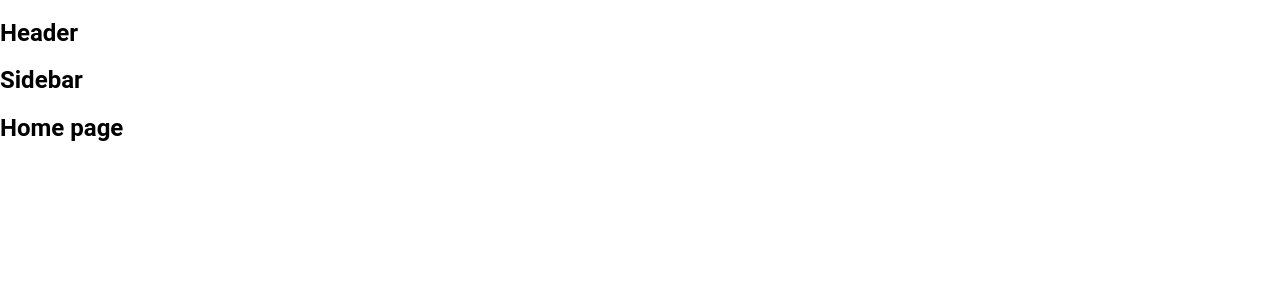
Repository: PhanMinhHuong/toptop-ui
Page: /
These files come from the project's save history. The page is drawn as it stood at one moment and after the next save; the edit follows.
The browser window is 1280 px wide. The pictures show the whole page.
The project was rebuilt for these pictures with package versions that can differ from the ones it lists, and the page was loaded fresh each time. Also part of the build but not shown: src/pages/Following/index.js.

Above is the page before, as saved 2025-07-19 22:38:35.

### src/index.js
import React from 'react';
import ReactDOM from 'react-dom/client';
import App from '~/App';
import reportWebVitals from './reportWebVitals';
import GlobalStyles from './components/GlobalStyles';
const root = ReactDOM.createRoot(document.getElementById('root'));
root.render(
    <React.StrictMode>
        <GlobalStyles>
            <App />
        </GlobalStyles>
    </React.StrictMode>,
);

// If you want to start measuring performance in your app, pass a function
// to log results (for example: reportWebVitals(console.log))
// or send to an analytics endpoint. Learn more: https://bit.ly/CRA-vitals
reportWebVitals();

### src/App.js
import { BrowserRouter as Router, Routes, Route } from 'react-router-dom';
import { publicRoutes } from './routes';
import { DefaultLayout } from './components/Layout';

function App() {
    return (
        <Router>
            <div className="App">
                <Routes>
                    {publicRoutes.map((route, index) => {
                        const Layout = route.layout || DefaultLayout;
                        const Page = route.component;
                        return (
                            <Route
                                key={index}
                                path={route.path}
                                element={
                                    <Layout>
                                        <Page />
                                    </Layout>
                                }
                            ></Route>
                        );
                    })}
                </Routes>
            </div>
        </Router>
    );
}

export default App;

### src/routes/index.js
import Home from '~/pages/Home';
import Following from '~/pages/Following';

//Piblic Routes
const publicRoutes = [
    {
        path: '/',
        component: Home,
    },
    {
        path: '/following',
        component: Following,
    },
];

//Private Routes
const privateRoutes = [];

export { publicRoutes, privateRoutes };

### src/components/Layout/index.js
export { default as DefaultLayout } from './DefautLayout';

### src/components/GlobalStyles/GlobalStyles.scss
@import 'normalize.css';
@import url('https://fonts.googleapis.com/css2?family=Montserrat:wght@100..900&display=swap');

:root {
    --primary-color: rgb(247, 9, 132);
}

* {
    box-sizing: border-box;
}

html {
    font-size: 62.5%;
}

body {
    font-family: 'Roboto', sans-serif;
    font-size: 1.6rem;
}

### src/components/Layout/DefautLayout/index.js
import Header from './Header';
import Sidebar from './Sidebar';

function DefaultLayout({ children }) {
    return (
        <div>
            <Header></Header>
            <div className="container">
                <Sidebar />
                <div className="content">{children}</div>
            </div>
        </div>
    );
}

export default DefaultLayout;

Loaded but not shown: public/index.html (common file); src/reportWebVitals.js (common file); src/components/GlobalStyles/index.js (common file); src/pages/Home/index.js (common file); src/components/Layout/DefautLayout/Header/index.js (common file); src/components/Layout/DefautLayout/Sidebar/index.js (common file)

After the next save:
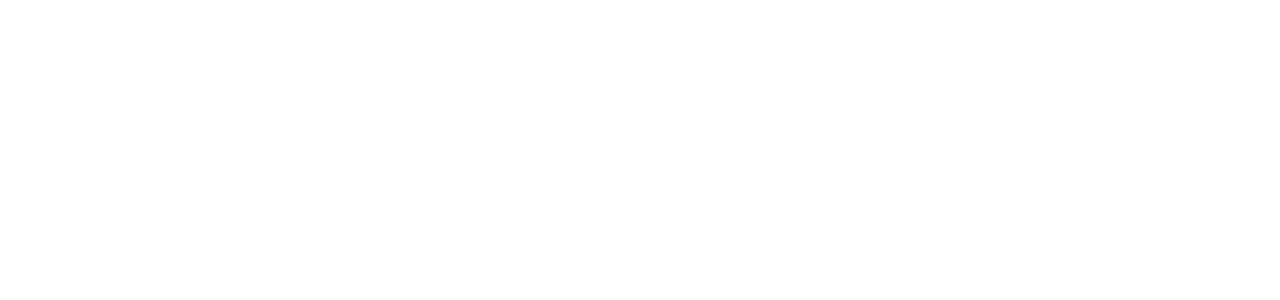
Saved 3 min 31 s later.
--- a/src/App.js
+++ b/src/App.js
@@ -6,7 +6,7 @@
     return (
         <Router>
             <div className="App">
-                <Routes>
+                {/* <Routes>
                     {publicRoutes.map((route, index) => {
                         const Layout = route.layout || DefaultLayout;
                         const Page = route.component;
@@ -22,7 +22,7 @@
                             ></Route>
                         );
                     })}
-                </Routes>
+                </Routes> */}
             </div>
         </Router>
     );

After the save that followed:
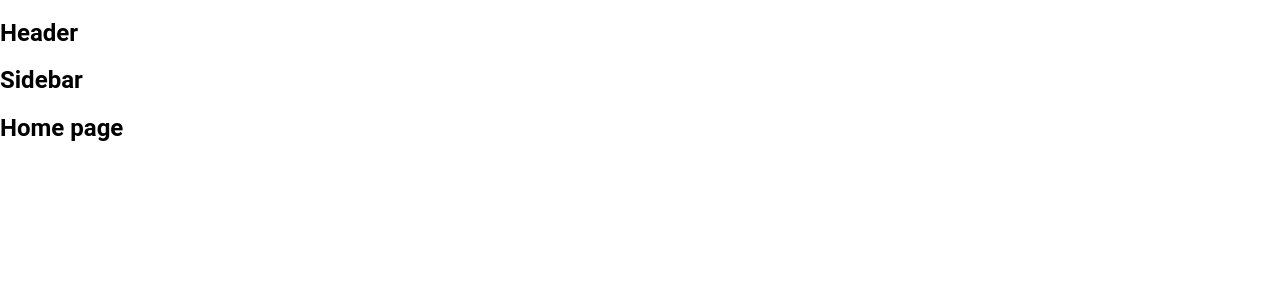
Saved 5 s later.
--- a/src/App.js
+++ b/src/App.js
@@ -6,7 +6,7 @@
     return (
         <Router>
             <div className="App">
-                {/* <Routes>
+                <Routes>
                     {publicRoutes.map((route, index) => {
                         const Layout = route.layout || DefaultLayout;
                         const Page = route.component;
@@ -22,7 +22,7 @@
                             ></Route>
                         );
                     })}
-                </Routes> */}
+                </Routes>
             </div>
         </Router>
     );
